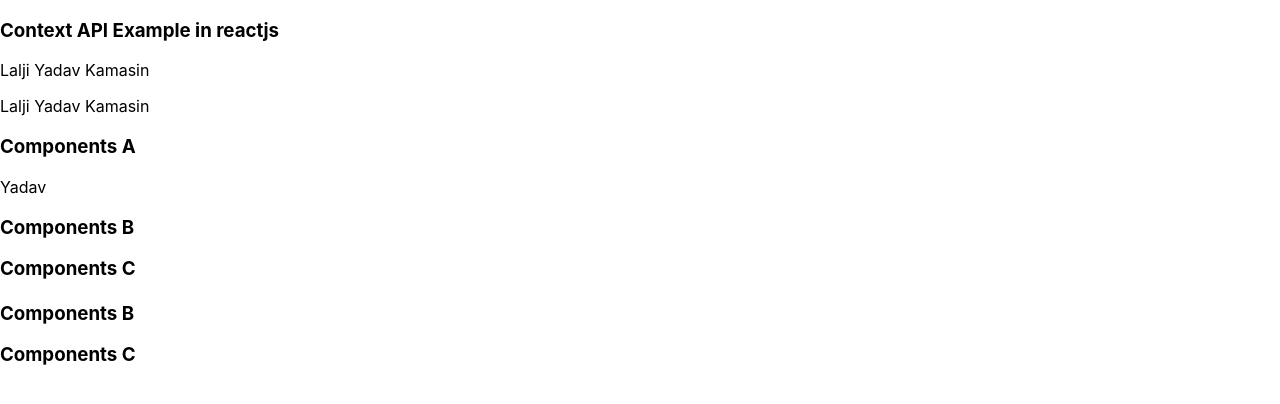
Repository: lalji-yadav/React-Context-API
Page: /
These files come from the project's save history. The page is drawn as it stood at one moment and after the next save; the edit follows.
The browser window is 1280 px wide. The pictures show the whole page.
The project was rebuilt for these pictures with package versions that can differ from the ones it lists, and the page was loaded fresh each time. Also part of the build but not shown: src/App.css, src/context/contact.js, src/context/about.js, src/context/home.js.

Above is the page before, as saved 2021-02-11 12:53:14.

### src/App.js
import  React,{ useState } from 'react';
import './App.css';
import A from "./components/A";
import B from "./components/B";
import Home from "./context/home";


export const ThemeContext = React.createContext()

function App() {

  const [data, setData] = useState({
    name: "Lalji Yadav Kamasin",
    mob:"8726650277",
    email:'lalji@gmail.com'
  })

 const changeStates=()=> {
    setData({
      name:"Change value Name Lalji to Anubhav Kumar yadav",
      mob:"1234567890",
      email:'12lalji@gmail.com'
    })
  }
  const contextValues = {
    data: data,
    changeStates: changeStates
  }

  return (
    <div>
      <h3> Context API Example in reactjs  </h3>
      <p> {data.name} </p>
      <p onClick={()=>setData({name: "Anubhav"})} >{data.name}</p>

      <A name="Yadav"/>

      <ThemeContext.Provider value="dark">
        <B />
      </ThemeContext.Provider>

      {/* <ThemeContext.Provider value={contextValues}>
        <Home />
      </ThemeContext.Provider> */}

    </div>
  );
}

export default App;

### src/components/A.js
import React from 'react';
import B from "./B";

const A = (props) => {
    console.log(props)
    return (
        <div>
             <h3> Components A </h3>
              <p>{props.name}</p>
             <B nam={props.name} />
        </div>
    );
};

export default A;

### src/components/B.js
import React from 'react';
import C from "./C";

const B = () => {

    return (
        <div>
             <h3> Components B </h3>
             <C />
        </div>
    );
};

export default B;

### src/components/C.js
import React from 'react';

const C = (props) => {

    console.group(props)
    return (
        <div>
             <h3> Components C </h3>
             <h1>{props.nam}</h1>
        </div>
    );
};

export default C;

Loaded but not shown: public/index.html (common file); src/index.js (common file); src/index.css (common file); src/reportWebVitals.js (common file)

After the next save:
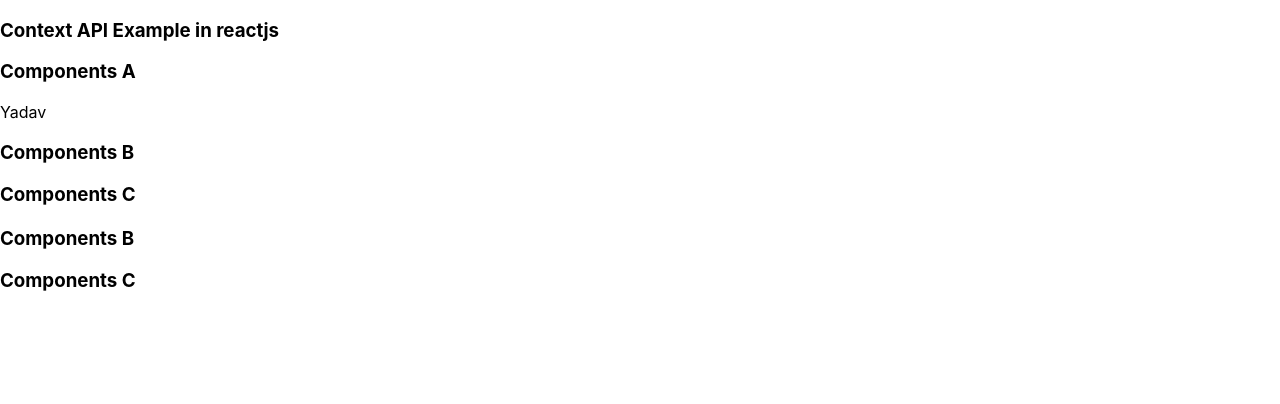
Saved 3 min 42 s later.
--- a/src/App.js
+++ b/src/App.js
@@ -30,8 +30,6 @@ function App() {
   return (
     <div>
       <h3> Context API Example in reactjs  </h3>
-      <p> {data.name} </p>
-      <p onClick={()=>setData({name: "Anubhav"})} >{data.name}</p>
 
       <A name="Yadav"/>
 
